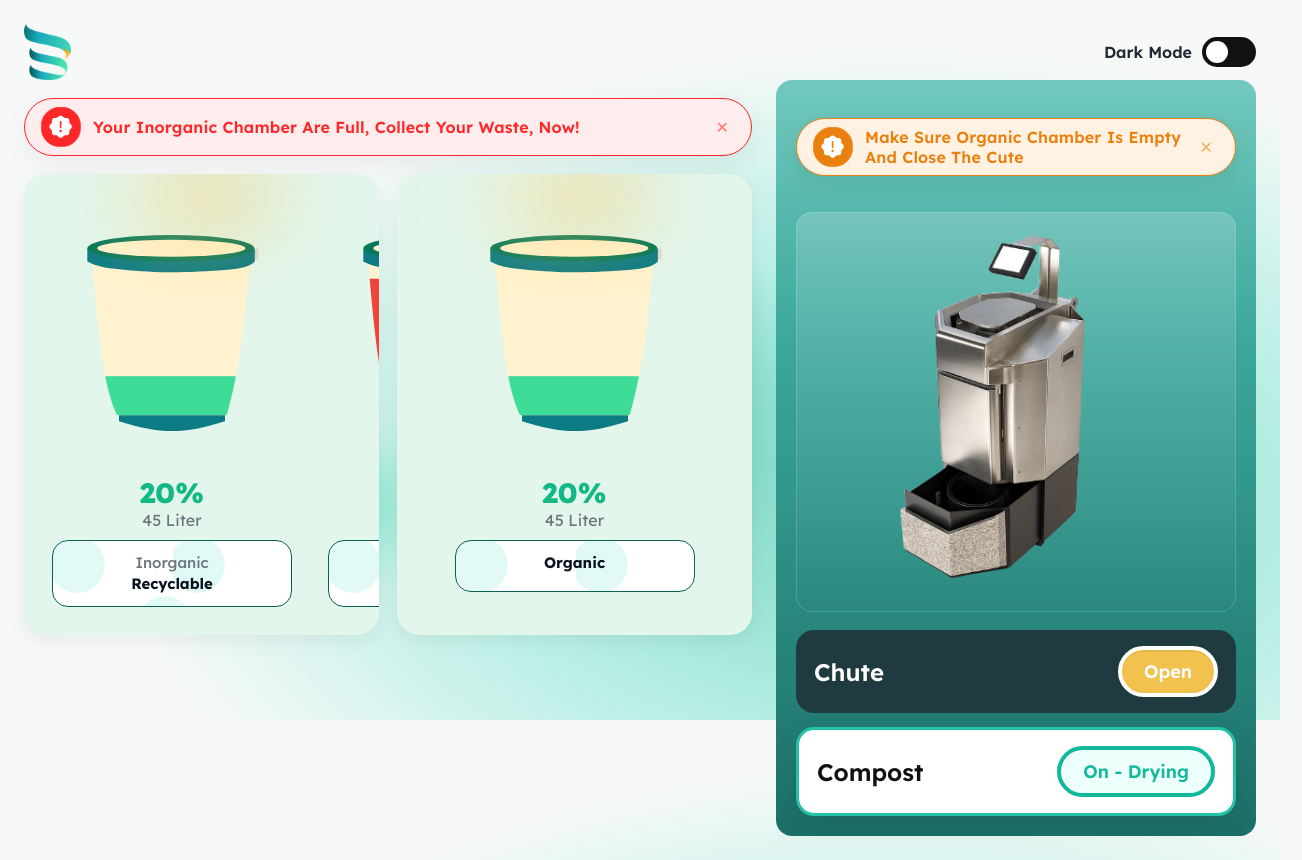
Repository: william-saputra/nusabin
Page: pages/homepage.html
The author's editor kept a copy of each file at every save. The page is drawn from the files as they stood at one save, then again after the next save.
The browser window is 1280 px wide. The page is 1302 px wide, so the pictures cover 1302 px, including what lies to the right of the window. The pictures show the whole page.
Backgrounds fixed to the window are drawn as part of the page.

Above is the page before, as saved 2025-08-12 23:52:45.

After the next save:
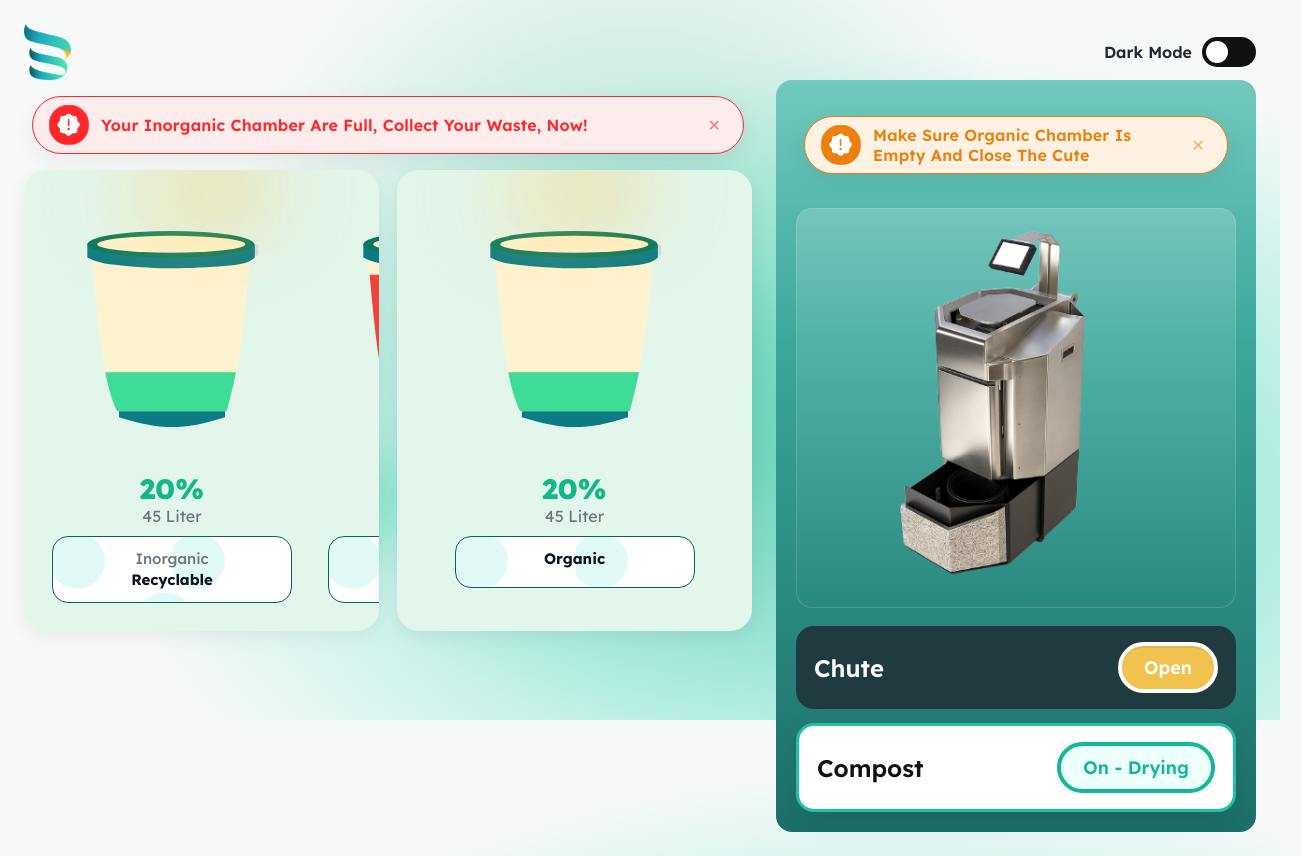
Saved 13 s later.
--- a/styles/base.css
+++ b/styles/base.css
@@ -43,6 +43,12 @@ input:checked + .slider:before { transform: translateX(24px); }
 .alert.pill[data-variant="danger"] { color: #FF2828; background: #FFECEC; }
 .alert.pill[data-variant="warning"] { color: #EA800E; background: #FFF2E3; }
 .alert-icon { flex: 0 0 auto; width: 40px; height: 40px; }
+
+/* Align alerts: left and right margins consistent */
+.left-col .alerts, .right-panel .alerts { margin: 16px 8px; }
+
+/* Page bottom glow circle */
+.page-bottom-decor { position: fixed; left: 50%; bottom: -180px; transform: translateX(-50%); width: 1200px; height: 1200px; border-radius: 50%; background: radial-gradient(closest-side, rgba(18,184,134,0.35), rgba(18,184,134,0) 70%); filter: blur(12px); pointer-events: none; z-index: -1; }
 
 /* Main layout */
 .layout { display: grid; grid-template-columns: 1.35fr 480px; gap: 24px; align-items: start; }
